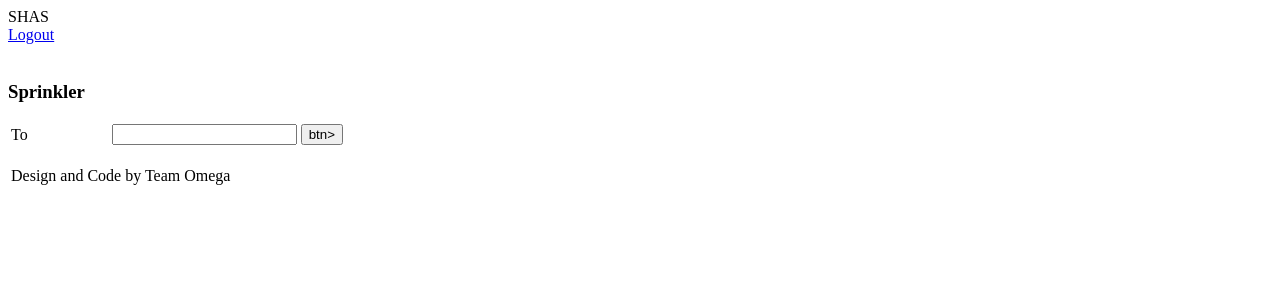
Repository: hassan-stash/shas
Page: http://localhost/SHAS/SprinklerGUI.jsp
The author's editor kept a copy of each file at every save. The page is drawn from the files as they stood at one save, then again after the next save.
The browser window is 1280 px wide. The pictures show the whole page.
Some web fonts or font styles are not loaded; a fallback is used. The page is served by Tomcat 9. Other server files are loaded and not shown.

Above is the page before, as saved 2013-04-07 00:21:39.
Console error: TypeError: Cannot read properties of undefined (reading 'timepicker')

### SHAS/WebContent/SprinklerGUI.jsp
<%@ page contentType="text/html; charset=iso-8859-1" language="java"%>
<html>
<head>
<title>Sprinkler</title>
<link href='http://fonts.googleapis.com/css?family=Wendy+One'
	rel='stylesheet' type='text/css'>
<script src="http://code.jquery.com/jquery-latest.min.js"></script>
<script type="text/javascript" src="js/timepicker.js"></script>
<script type="text/javascript">


</script>
<script type="text/javascript">
	function initMenu() {
		$('#menu ul').hide(); // Hide the submenu
		if ($('#menu li').has('ul'))
			$('#menu ul').prev().addClass('expandable'); // Expand/collapse a submenu when it exists
		$('.expandable').click(function() {
			$(this).next().slideToggle();
			$(this).toggleClass('expanded');
		});
	}

	// When document ready, call initMenu() function
	$(document).ready(function() {
		initMenu();
	});

	// When document ready, call initMenu() function
	$(document).ready(function() {
		initMenu();
	});
	$(document).ready(function() {
		$(function() {
			$('#selectedDateTime').datetimepicker();
		});
		$(function() {
			$('#fromDate').datetimepicker({
				dateFormat : 'yy-mm-dd'

			});
		});
		$(function() {
			$('#toDate').datetimepicker({
				dateFormat : 'yy-mm-dd'

			});
		});

		$(function() {
			$('#MonFromtime').datetimepicker({
				timeOnly : true

			});
		});
		$(function() {
			$('#MonTotime').datetimepicker({
				timeOnly : true

			});
		});
		$(function() {
			$('#TueFromtime').datetimepicker({
				timeOnly : true

			});
		});
		$(function() {
			$('#TueTotime').datetimepicker({
				timeOnly : true

			});
		});
		$(function() {
			$('#WedFromtime').datetimepicker({
				timeOnly : true

			});
		});
		$(function() {
			$('#WedTotime').datetimepicker({
				timeOnly : true

			});
		});
		$(function() {
			$('#ThuFromtime').datetimepicker({
				timeOnly : true

			});
		});
		$(function() {
			$('#ThuTotime').datetimepicker({
				timeOnly : true

			});
		});
		$(function() {
			$('#FriFromtime').datetimepicker({
				timeOnly : true

			});
		});
		$(function() {
			$('#FriTotime').datetimepicker({
				timeOnly : true

			});
		});
		$(function() {
			$('#SatFromtime').datetimepicker({
				timeOnly : true

			});
		});
		$(function() {
			$('#SatTotime').datetimepicker({
				timeOnly : true

			});
		});
		$(function() {
			$('#SunFromtime').datetimepicker({
				timeOnly : true

			});
		});
		$(function() {
			$('#SunTotime').datetimepicker({
				timeOnly : true

			});
		});
		$(function() {
			$('#DownFromtime').datetimepicker({
				timeOnly : true

			});
		});
		$(function() {
			$('#DownTotime').datetimepicker({
				timeOnly : true

			});
		});



		$(function() {
			$('#fromTime').datetimepicker({
				timeOnly : true

			});
		});
		$(function() {
			$('#toTime').datetimepicker({
				timeOnly : true

			});
		});

		$(function() {
			$('#overridefromDate').datetimepicker({
				dateFormat : 'yy-mm-dd'

			});
		});
		$(function() {
			$('#overrideToDate').datetimepicker({
				dateFormat : 'yy-mm-dd'

			});
		});
		$(function() {
			$('#shutFromDate').datetimepicker({
				dateFormat : 'yy-mm-dd'

			});
		});
		$(function() {
			$('#shutToDate').datetimepicker({
				dateFormat : 'yy-mm-dd'

			});
		});

	});

	function clickschedule() {
		document.sprinklerform.btnSchedule.value = "Sprinkler Off";
		//sprinklerform.submit();
	}
</script>

</head>
<body>

<div id="header">
<div id="logo">SHAS</div>
<div id="logout"><a href="LogoutPage.jsp">Logout</a></div>
<!-- end of logout div -->
<div id="welcomeName">
<%

%>
</div>
<!-- end of welcomeName --></div>
<!-- end of header -->


<div id="content">

<form name="sprinklerform" action="SprinklerServlet" method="get"><br>


<div>

<h3>Sprinkler</h3>



</div>

<div>

<article>

<table border="0">
	<tr>
		<td>To &nbsp;&nbsp;&nbsp;&nbsp;&nbsp;&nbsp;&nbsp;&nbsp;&nbsp;&nbsp;&nbsp;&nbsp;&nbsp;&nbsp;&nbsp;&nbsp;&nbsp;&nbsp;&nbsp;</td>
		<td><input type="text" id="fromDate" name="fromDate"
			value="" class="dateinput" /></td>
			<td><input type="submit" id="btnSchedule" name="btnSchedule"
			value="btn>" class="buttonorange " /></td>

	</tr>

</table>


</article>

</div>

</form>

<table width="100%" border= "0">
<tr><td><span type="text" id="lblMessage" name="lblMessage" class="color-red">Design and Code by Team Omega</span></td> </tr>


</table>

</body>
</html>

Loaded but not shown: SHAS/WebContent/js/timepicker.js (1919 lines, source omitted)

After the next save:
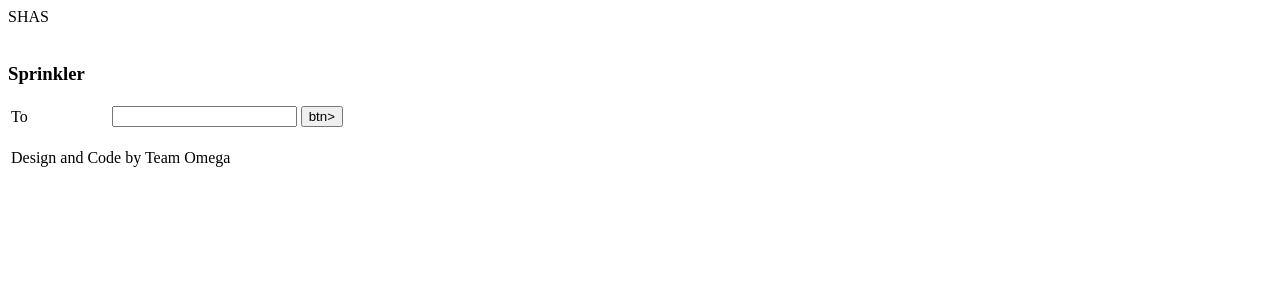
Saved 84 s later.
--- a/SHAS/WebContent/SprinklerGUI.jsp
+++ b/SHAS/WebContent/SprinklerGUI.jsp
@@ -197,7 +197,7 @@
 
 <div id="header">
 <div id="logo">SHAS</div>
-<div id="logout"><a href="LogoutPage.jsp">Logout</a></div>
+
 <!-- end of logout div -->
 <div id="welcomeName">
 <%
